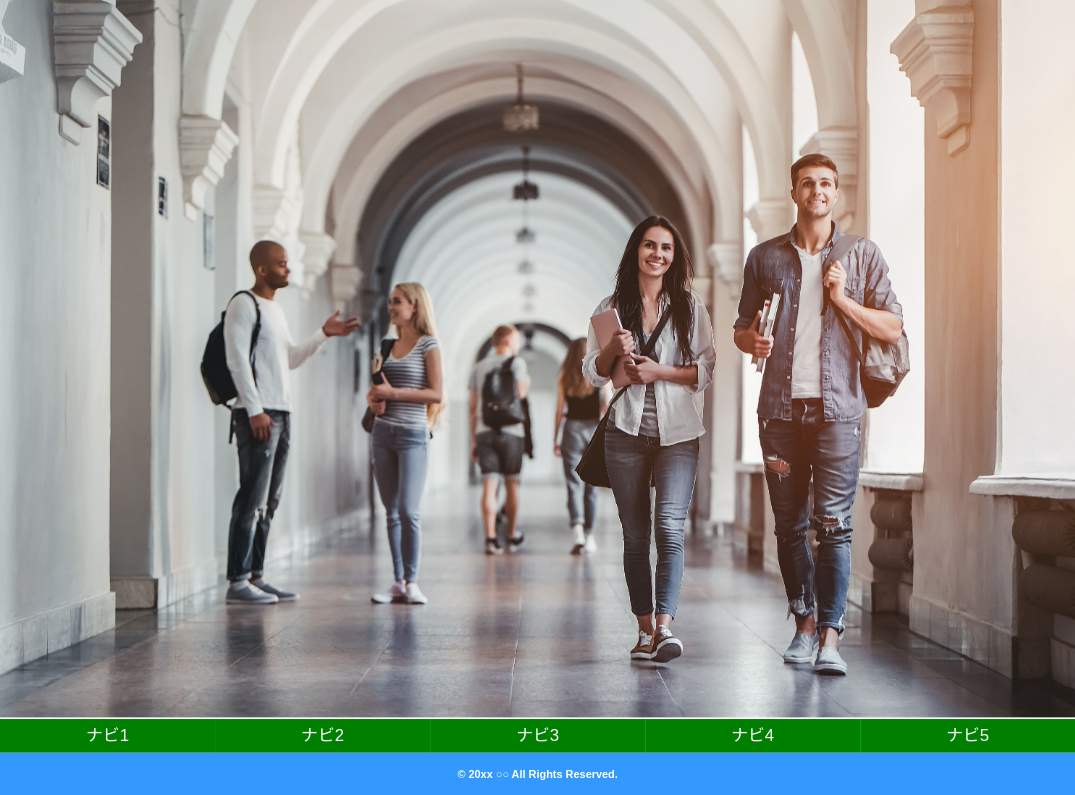
Repository: drumskoji/samurai_HTML-CSS
Page: home.html
The author's editor kept a record of every edit. The page is drawn from the files as they stood at one moment, then again after the next edit.
The browser window is 1280 px wide. The pictures show the whole page, at 84% of full size.
Pictures or frames that could not be fetched are drawn as grey boxes.

Above is the page before.

### home.html
<!DOCTYPE html>
<html lang="ja">
    <head>
        <meta charset="utf-8">
        <title>HTML/CSSの学習</title>
        <link rel="stylesheet" href="stylesheet.css">
    </head>
    <body>
        <div id="header">
            <h1><a href="index.html"><img id="corridor" src="image/corridor.jpg" alt="大学の廊下" /></a></h1>
        </div>
        <div id="wrapper">
            <div id="nav">
                <ul>
                    <li><a href="home.html">ナビ1</a></li>
                    <li><a href="#">ナビ2</a></li>
                    <li><a href="#">ナビ3</a></li>
                    <li><a href="#">ナビ4</a></li>
                    <li><a href="#">ナビ5</a></li>
                </ul>
           </div>
        </div>
        <div id ="footer">
            <p>&copy; 20xx ○○ All Rights Reserved.</p>
        </div>
    </body>
</html>

### stylesheet.css
@charset "utf-8";

body {
	margin: 0;
	padding: 0;
	font-family: "ヒラギノ角ゴ Pro W3", "Hiragino Kaku Gothic Pro", "メイリオ", Meiryo, Osaka, "ＭＳ Ｐゴシック", "MS PGothic", sans-serif;
	color: #333;
	font-size: 13px;
	line-height: 150%;
}

/* -------------------- wrapper -------------------- */
#wrapper {
	width: 100%;
	margin: auto;
	padding: 0px;
	border: 0px;
	background-color: #FFF;
	top: 10px;
}

/* -------------------- header -------------------- */
#header {
	width: 100%;
}
#header h1 {
	margin: 0;
	padding: 0;
}

#corridor {
	width: 100%;
	height: auto;
}

/* -------------------- footer -------------------- */
#footer {
	clear: both;
	width: 100%;
	padding: 3px 0 3px 0;
	background: #39F;
	color: #FFF;
	font-weight: bold;
	text-align: center;
}

/* -------------------- nav -------------------- */
 #nav {
	 width: 100%;
 }
 #nav ul {
	 margin: 0;
	 padding: 0;
	 list-style-type: none;
 }
 #nav ul li {
	 float: left;
	 width: 20%;
	 text-align: center;
 }
 #nav ul li a {
	 display: block;
	 height: 20px;
	 margin: 0;
	 padding: 10px;
	 color: #FFF;
	 font-size: 20px;
	 text-decoration: none;
	 background-color: green;
 }


 /* -------------------- container -------------------- */
 #container {
	 width: 100%;
	 margin: auto ;
	 padding: auto;
	 padding-top: 20px;
	 clear: both;
 }
 /* -------------------- main -------------------- */
 #main {
	 float: left;
	 width: 60%;
	 padding: 10px 30px 10px 10px;
 }
 #main h2 {
	 margin: 0 0 10px 0;
	 padding: 3px 10px 3px 10px;
	 color: #FFF;
	 font-size: 16px;
	 border-left: solid 10px #C00;
	 background: #F90 url(../images/main_h2.jpg) right top repeat-y;
 }
 #main p {
	 margin: 0;
	 padding: 0;
 }
 #main .post {
	 margin: 0 0 30px 0;
 }

 #main .post img.right {
	 margin: 0 0 0 8px;
 }
 #main .post img.left {
	 margin: 0 8px 0 0;
 }

 .right {
	 float: right;
	 width: 40%;
	 height: auto;
 }
 .left {
	 float: left;
	 width: 40%;
	 height: auto;
 }

 /* -------------------- clearfix -------------------- */
 .clearfix {
	 zoom: 1;
 }
 .clearfix:after{
	 content: "";
	 display: block;
	 clear: both;
 }

After the next edit:
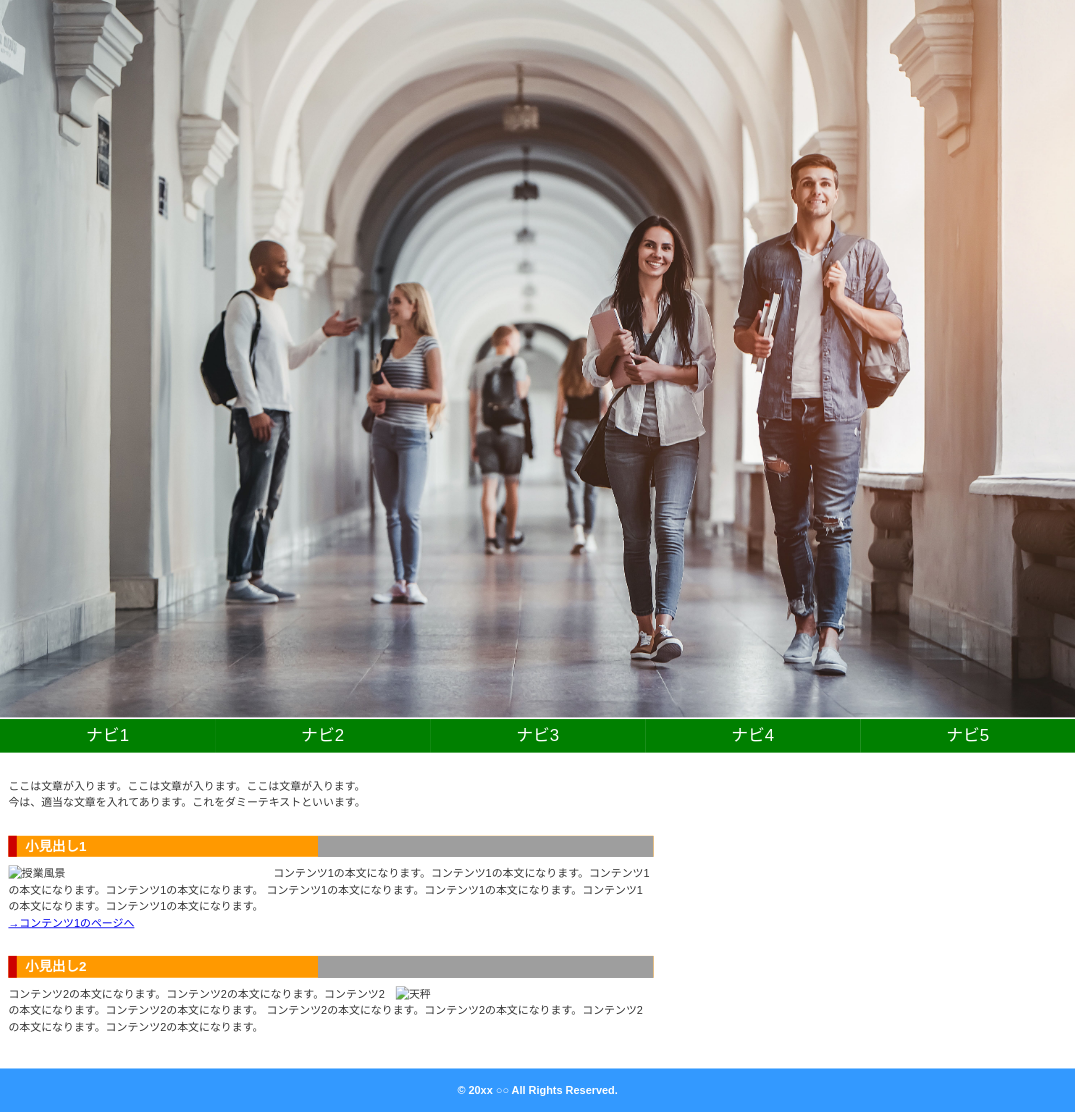
Not found: images/classroom.jpg
Not found: images/scale.jpg
The edit:
--- a/home.html
+++ b/home.html
@@ -19,7 +19,30 @@
                     <li><a href="#">ナビ5</a></li>
                 </ul>
            </div>
-        </div>
+            <div id="container">
+                <div id="main">
+                    <div class="post">
+                        <p>ここは文章が入ります。ここは文章が入ります。ここは文章が入ります。<br />今は、適当な文章を入れてあります。これをダミーテキストといいます。</p>
+                    </div>
+                    <div class="post clearfix">
+                        <h2>小見出し1</h2>
+                        <img class="left" src="images/classroom.jpg" alt="授業風景" />
+                        <p>
+                            コンテンツ1の本文になります。コンテンツ1の本文になります。コンテンツ1の本文になります。コンテンツ1の本文になります。
+                            コンテンツ1の本文になります。コンテンツ1の本文になります。コンテンツ1の本文になります。コンテンツ1の本文になります。
+                        </p>
+                        <p><a href="#">→コンテンツ1のページへ</a></p>
+                    </div>
+                    <div class="post clearfix">
+                        <h2>小見出し2</h2>
+                        <img class="right" src="images/scale.jpg" alt="天秤" />
+                        <p>
+                            コンテンツ2の本文になります。コンテンツ2の本文になります。コンテンツ2の本文になります。コンテンツ2の本文になります。
+                            コンテンツ2の本文になります。コンテンツ2の本文になります。コンテンツ2の本文になります。コンテンツ2の本文になります。
+                        </p>
+                    </div>
+                </div>
+            </div>
         <div id ="footer">
             <p>&copy; 20xx ○○ All Rights Reserved.</p>
         </div>
